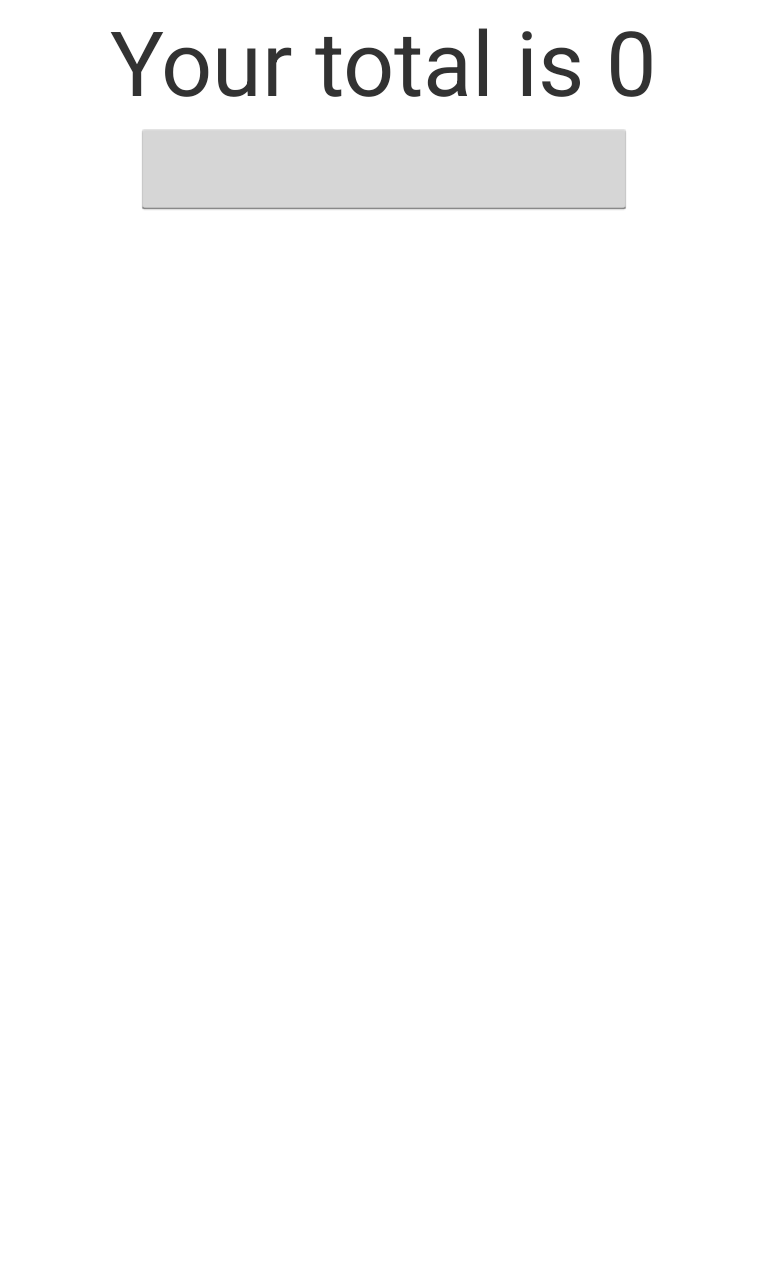
Repository: robadu/workspace
Layout: TheNewBoston/res/layout/activity_main.xml
These files come from the project's save history. The layout is drawn as it stood at one moment and after the next save; the edit follows.
It is drawn on a 768 x 1280 px phone screen (xhdpi) without system bars, with theme AppTheme; the app's code is not run.

Above is the layout before, as saved 2013-07-23 09:19:15.

### TheNewBoston/res/layout/activity_main.xml
<LinearLayout xmlns:android="http://schemas.android.com/apk/res/android"
    xmlns:tools="http://schemas.android.com/tools"
    android:orientation="vertical"
    android:layout_width="fill_parent"
    android:layout_height="fill_parent"
    >

    <TextView
        android:layout_width="wrap_content"
        android:layout_height="wrap_content"
        android:text="Your total is 0"
    	android:textSize="45dp"
		android:layout_gravity="center"
	 />

    <Button

        />






    <Button
        android:layout_width="250dp"
        android:layout_height="wrap_content"
        android:tet="Add one"
        android:layout_gravity="center"
        android:textSize="20dp"

     ></Button>


</LinearLayout>

Loaded but not shown: TheNewBoston/res/values/styles.xml (common file); TheNewBoston/res/values-v11/styles.xml (common file); TheNewBoston/res/values-v14/styles.xml (common file)

After the next save:
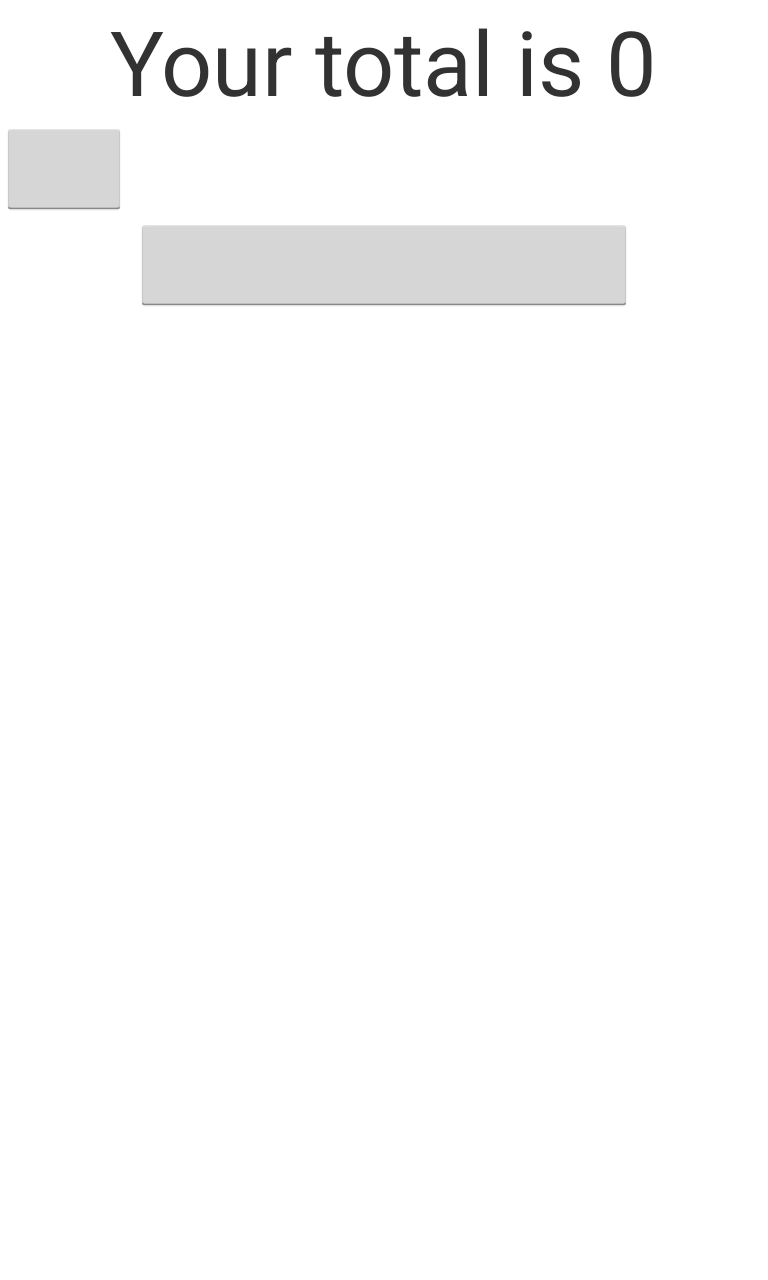
Saved 64 s later.
--- a/TheNewBoston/res/layout/activity_main.xml
+++ b/TheNewBoston/res/layout/activity_main.xml
@@ -14,9 +14,9 @@
 	 />
 
     <Button
-
-        />
-
+      android:layout_width="wrap_content"
+      android:layout_height="wrap_content"
+      />
 
 
 
